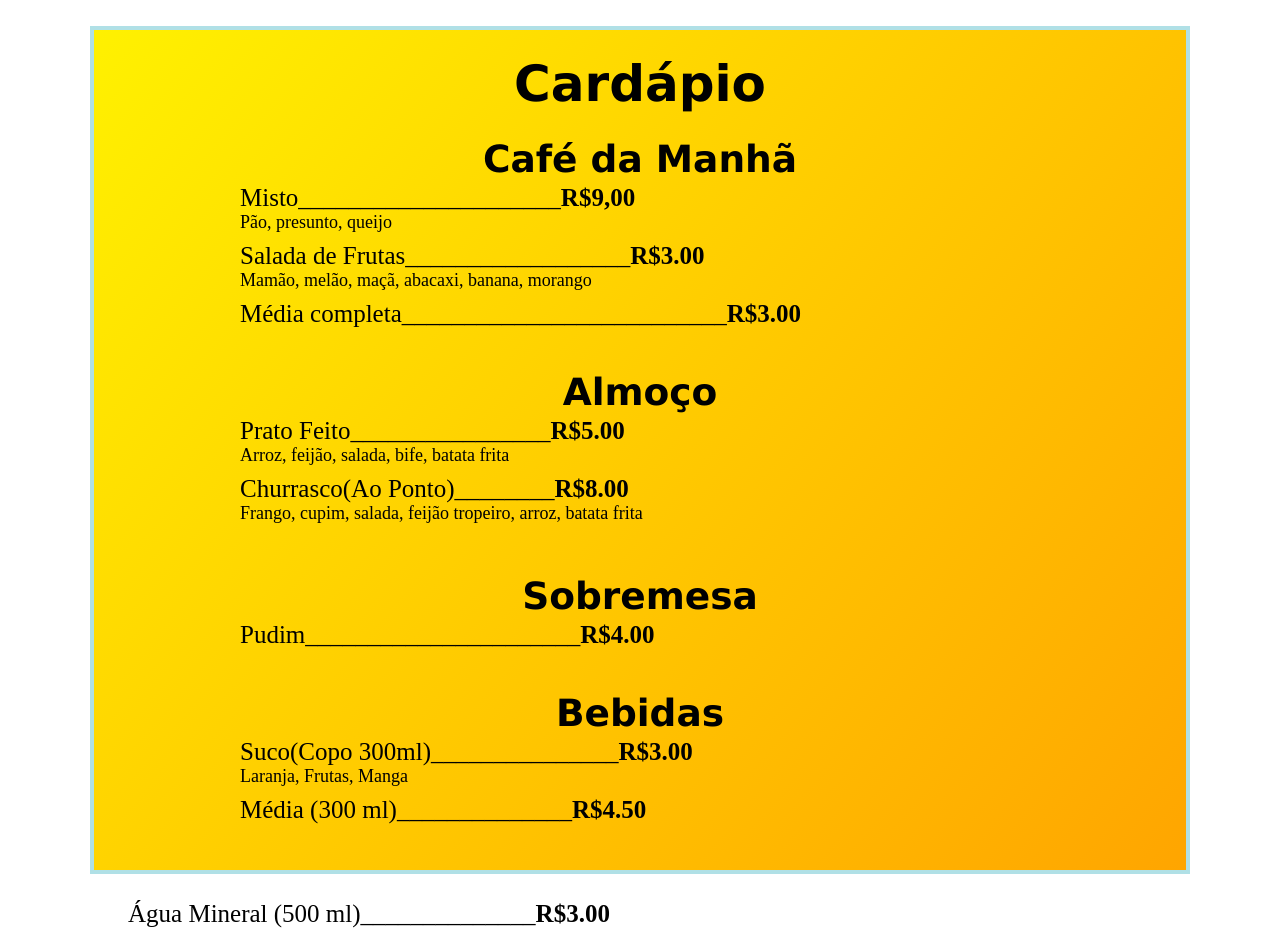
Repository: BellsBarbosa/CardapioExercicio.github.io
Page: index.html
These files come from the project's save history. The page is drawn as it stood at one moment and after the next save; the edit follows.
The browser window is 1280 px wide. The pictures show the whole page.

Above is the page before, as saved 2023-07-11 14:40:06.

### index.html
<!DOCTYPE html>
<html lang="br">
  <head>
    <meta charset="UTF-8" />
    <meta http-equiv="X-UA-Compatible" content="IE=edge" />
    <meta name="viewport" content="width=device-width, initial-scale=1.0" />
    <link rel="stylesheet" href="style.css" />
    <title>Cardápio</title>
  </head>

  <body>
    <div class="caixa">
      <h1 class="subtitulos">Cardápio</h1>
      <div class="div_subclasses">
        <h2 class="subtitulos">Café da Manhã</h2>
        <div class="ingrediente_descricao">
          <p>Misto_____________________<strong>R$9,00</strong></p>
          <p class="ingredientes">Pão, presunto, queijo</p>
        </div>
        <div class="ingrediente_descricao">
          <p>Salada de Frutas__________________<strong>R$3.00</strong></p>
          <p class="ingredientes">Mamão, melão, maçã, abacaxi, banana, morango</p>
        </div>
        <p class="item">Média completa__________________________<strong>R$3.00</strong></p>
      </div>
      <div class="div_subclasses">
        <h2 class="subtitulos">Almoço</h2>
        <div class="ingrediente_descricao">
          <p>Prato Feito________________<strong>R$5.00</strong></p>
          <p class="ingredientes">Arroz, feijão, salada, bife, batata frita</p>
        </div>
        <div class="ingrediente_descricao">
          <p>Churrasco(Ao Ponto)________<strong>R$8.00</strong></p>
          <p class="ingredientes">Frango, cupim, salada, feijão tropeiro, arroz, batata frita</p>
        </div>
      </div>
      <div class="div_subclasses">
        <h2 class="subtitulos">Sobremesa</h2>
                <p class="item">Pudim______________________<strong>R$4.00</strong></p>
      </div>
      <div class="div_subclasses">
        <h2 class="subtitulos">Bebidas</h2>
        <div class="ingrediente_descricao">
          <p>Suco(Copo 300ml)_______________<strong>R$3.00</strong></p>
          <p class="ingredientes">Laranja, Frutas, Manga</p>
        </div>
        <p class="item">Média (300 ml)______________<strong>R$4.50</strong></p>
      </div>
        </div>
        <p class="item">Água Mineral (500 ml)______________<strong>R$3.00</strong></p>
      </div>
    </div>
  </body>
</html>

### style.css


* {
    padding: 0px;
    margin: 0px;
}

body {
    font-size: 1.5625em;
    font-family: 'Trebuchet MS', 'Lucida Sans Unicode', 'Lucida Grande', 'Lucida Sans', Arial, sans-serif
    background-image: url('https://images.unsplash.com/photo-1574484184081-afea8a62f9c0?crop=entropy&cs=tinysrgb&fit=max&fm=jpg&ixid=M3wzMjM4NDZ8MHwxfHJhbmRvbXx8fHx8fHx8fDE2ODczMDMwMjF8&ixlib=rb-4.0.3&q=100%&w=100%');
}

strong {
    font-weight:600;
}

.caixa {
  border: 4px powderblue solid;
  background: rgb(255,241,0);
  background: linear-gradient(130deg, rgba(255,241,0,1) 0%, rgba(255,165,0,1) 100%);
  padding:2%;
  margin:2%;
  margin-left: 15%;
  margin-right: 15%;
}

.div_subclasses {
    padding: 1%;
}

.ingrediente_descricao {
    padding-left: 20%;
    padding-bottom: 0.5%;
}

.subtitulos {
    padding-bottom: 0.3%;
    text-align:center;
    font-family: 'Lucida Sans', 'Lucida Sans Regular', 'Lucida Grande', 'Lucida Sans Unicode', Geneva, Verdana, sans-serif, cursive;
}

.item {
    padding-left: 23%;
}

.ingredientes {
    font-size: 0.72em;
}

@media only screen and (max-device-width: 1300px) {
    .caixa {
        margin-left: 12%;
        margin-right: 12%;
    }

    .ingrediente_descricao {
        padding-left: 15%;
        padding-bottom: 0.9%;
    }

    .div_subclasses {
        padding: 2%;
    }

    .item {
        padding-left: 15%;

    }
}

@media only screen and (max-device-width: 800px) {
    .caixa {
        margin-left: 7%;
        margin-right: 7%;
    }

    .ingrediente_descricao {
        padding-left: 10%;
        padding-bottom: 0.9%;
    }

    .div_subclasses {
        padding: 2%;
    }

    .item {
        padding-left: 10%;
    }
}

After the next save:
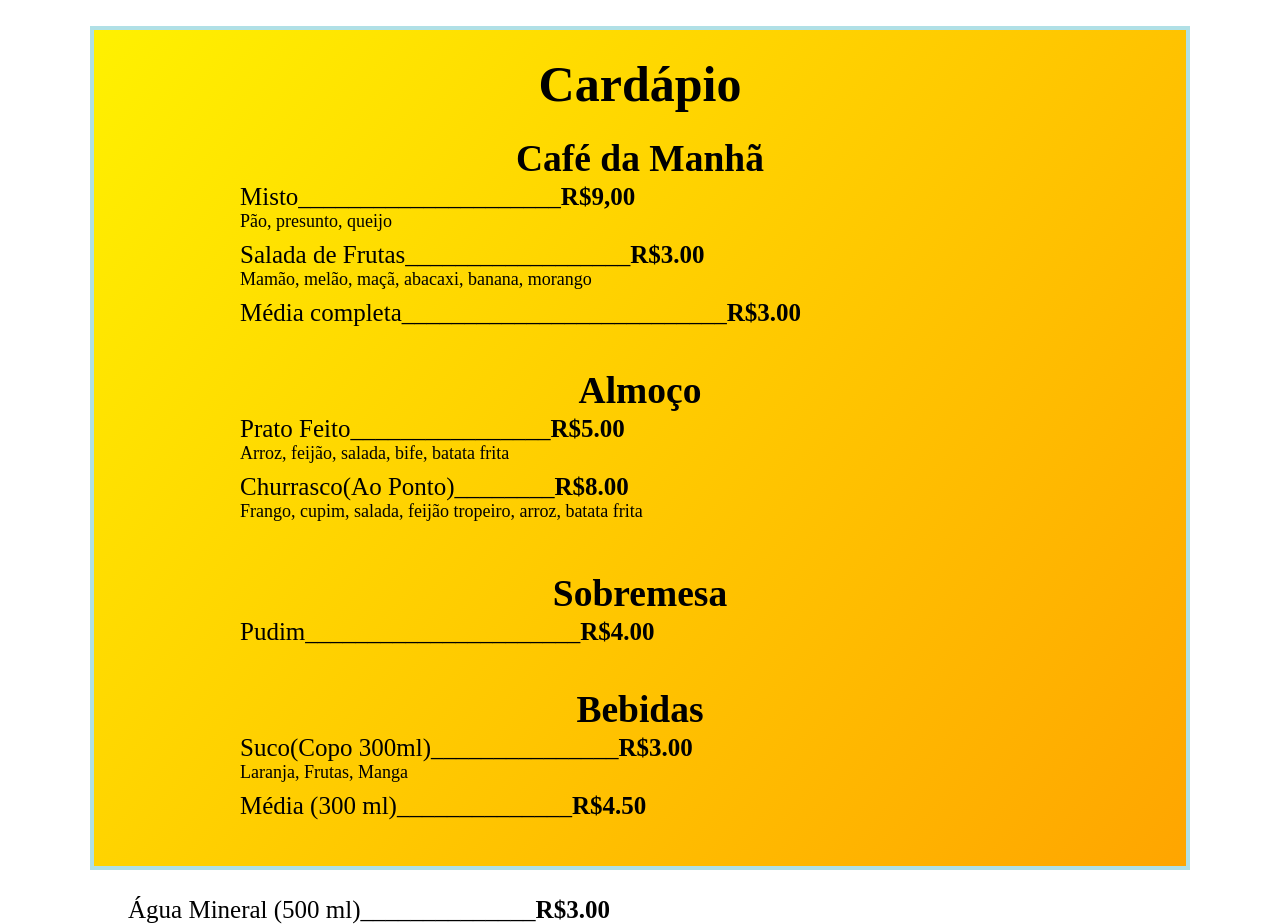
Saved 18 s later.
--- a/style.css
+++ b/style.css
@@ -37,7 +37,7 @@
 .subtitulos {
     padding-bottom: 0.3%;
     text-align:center;
-    font-family: 'Lucida Sans', 'Lucida Sans Regular', 'Lucida Grande', 'Lucida Sans Unicode', Geneva, Verdana, sans-serif, cursive;
+    font-family: ', cursive;
 }
 
 .item {

After the 3 saves that followed:
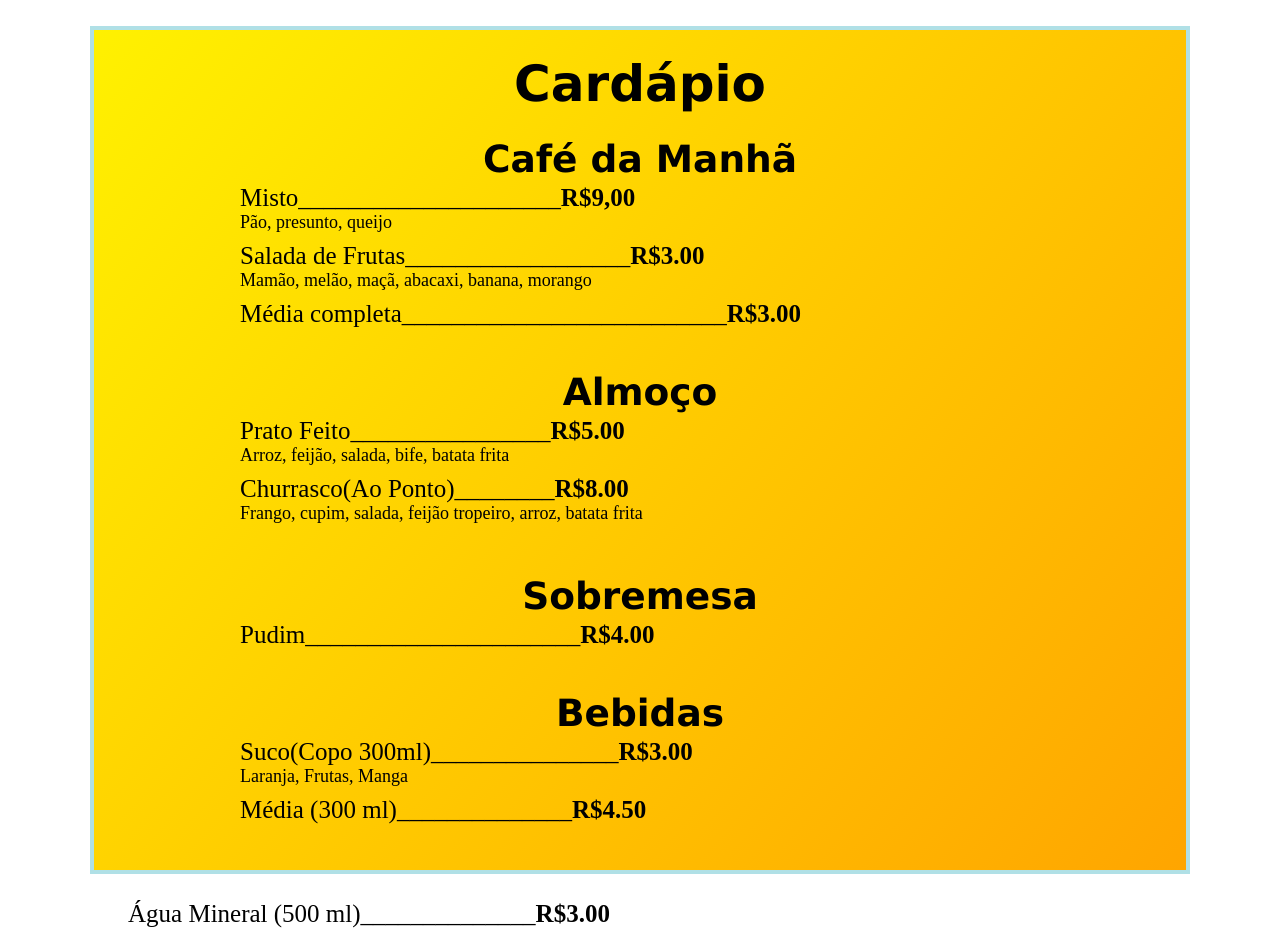
The 3 saves are shown as one change because they came seconds apart.
The last was saved 11 s later.
--- a/style.css
+++ b/style.css
@@ -37,7 +37,7 @@
 .subtitulos {
     padding-bottom: 0.3%;
     text-align:center;
-    font-family: ', cursive;
+    font-family: Verdana, Geneva, Tahoma, sans-serif
 }
 
 .item {
